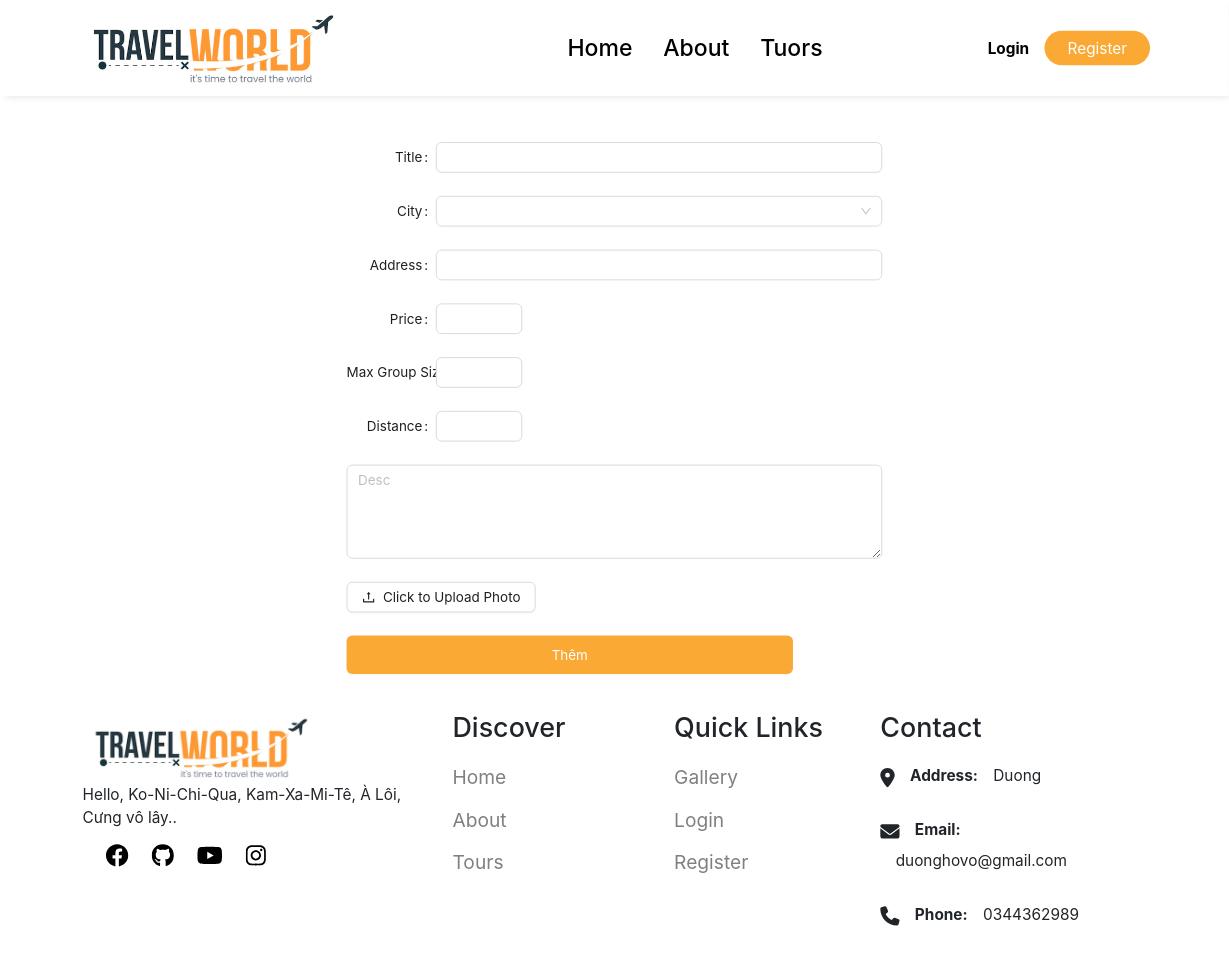
Repository: NguyenHuu001/dulich
Page: /addTour
These files come from the project's save history. The page is drawn as it stood at one moment and after the next save; the edit follows.
The browser window is 1280 px wide. The pictures show the whole page, at 96% of full size.
The project was rebuilt for these pictures with package versions that can differ from the ones it lists, and the page was loaded fresh each time. Also part of the build but not shown: src/pages/Home/data.js, src/pages/Home/index.js, src/pages/About/index.js, src/pages/Tours/ChiTietTour.js, src/pages/Tours/index.js, src/pages/Login/index.js, src/pages/Register/index.js, src/pages/Cart/index.js and 1 more. Imported but missing from the stored project, and not drawn on this page: src/assets/audio/video1.mp4.

Above is the page before, as saved 2023-08-14 20:03:00.

### public/index.html
<!DOCTYPE html>
<html lang="en">
    <head>
        <meta charset="utf-8" />
        <link rel="icon" href="%PUBLIC_URL%/favicon.ico" />
        <link href="https://cdn.jsdelivr.net/npm/bootstrap@5.3.0/dist/css/bootstrap.min.css" rel="stylesheet" />
        <script src="https://cdn.jsdelivr.net/npm/bootstrap@5.3.0/dist/js/bootstrap.bundle.min.js"></script>
        <meta name="viewport" content="width=device-width, initial-scale=1" />
        <meta name="theme-color" content="#000000" />
        <meta name="description" content="Web site created using create-react-app" />
        <link rel="apple-touch-icon" href="%PUBLIC_URL%/logo192.png" />
        <!--
      manifest.json provides metadata used when your web app is installed on a
      user's mobile device or desktop. See https://developers.google.com/web/fundamentals/web-app-manifest/
    -->
        <link rel="manifest" href="%PUBLIC_URL%/manifest.json" />
        <!--
      Notice the use of %PUBLIC_URL% in the tags above.
      It will be replaced with the URL of the `public` folder during the build.
      Only files inside the `public` folder can be referenced from the HTML.

      Unlike "/favicon.ico" or "favicon.ico", "%PUBLIC_URL%/favicon.ico" will
      work correctly both with client-side routing and a non-root public URL.
      Learn how to configure a non-root public URL by running `npm run build`.
    -->
        <title>React App</title>
    </head>
    <body>
        <noscript>You need to enable JavaScript to run this app.</noscript>
        <div id="root"></div>
        <!--
      This HTML file is a template.
      If you open it directly in the browser, you will see an empty page.

      You can add webfonts, meta tags, or analytics to this file.
      The build step will place the bundled scripts into the <body> tag.

      To begin the development, run `npm start` or `yarn start`.
      To create a production bundle, use `npm run build` or `yarn build`.
    --></body>
</html>

### src/index.js
import React from 'react';
import ReactDOM from 'react-dom/client';
import '../src/styles/global.scss';
import App from './App';
import reportWebVitals from './reportWebVitals';

const root = ReactDOM.createRoot(document.getElementById('root'));
root.render(
  <React.StrictMode>
    <App />
  </React.StrictMode>
);

// If you want to start measuring performance in your app, pass a function
// to log results (for example: reportWebVitals(console.log))
// or send to an analytics endpoint. Learn more: https://bit.ly/CRA-vitals
reportWebVitals();

### src/styles/global.scss
body {
    margin: 0;
    font-family: -apple-system, BlinkMacSystemFont, 'Segoe UI', 'Roboto', 'Oxygen', 'Ubuntu', 'Cantarell', 'Fira Sans',
        'Droid Sans', 'Helvetica Neue', sans-serif;
    -webkit-font-smoothing: antialiased;
    -moz-osx-font-smoothing: grayscale;
}

code {
    font-family: source-code-pro, Menlo, Monaco, Consolas, 'Courier New', monospace;
}
*,
*:before,
*:after {
    box-sizing: border-box;
}
* {
    margin: 0;
    padding: 0;
    font: inherit;
}
img,
picture,
svg,
video {
    display: block;
    max-width: 100%;
}
input,
select,
textarea {
    background-color: transparent;
    outline: none;
}
button {
    cursor: pointer;
    background-color: transparent;
    outline: none;
    border: 0;
}
body {
    min-height: 100vh;
    font-weight: 400;
    font-size: 16px;
    line-height: 1;
}

.App{
    position: relative;
}

### src/App.js
import { BrowserRouter as Router, Route, Routes } from 'react-router-dom';
import { publicRoutes } from './routes';
import Layout from './Layouts';
function App() {
    return (
        <Router>
            <div className="App">
                <Routes>
                    {publicRoutes.map((route, index) => {
                        const Page = route.component;
                        return (
                            <Route
                                key={index}
                                path={route.path}
                                element={
                                    <Layout>
                                        <Page />
                                    </Layout>
                                }
                            />
                        );
                    })}
                </Routes>
            </div>
        </Router>
    );
}

export default App;

### src/routes/index.js
import Home from '../pages/Home';
import About from '../pages/About';
import Tours from '../pages/Tours';
import Login from '../pages/Login';
import Register from '../pages/Register';
import Cart from '../pages/Cart';
import ADETour from '../pages/AddTour';
import EditTour from '../pages/EditTour';
const publicRoutes = [
    { path: '/home', component: Home },
    { path: '/about', component: About },
    { path: '/tours', component: Tours },
    { path: '/login', component: Login },
    { path: '/register', component: Register },
    { path: '/cart', component: Cart },
    { path: '/addTour', component: ADETour },
    { path: '/editTour', component: EditTour },
];
const privateRoutes = [];

export { publicRoutes, privateRoutes };

### src/Layouts/index.js
import Footer from './Footer';
import Header from './Header';
import Navigation from './Navigation';
function Layouts({ children }) {
    return (
        <>
            <Navigation />
            <Header />
            <div>
                <div className="content">{children}</div>
            </div>
            <Footer />
        </>
    );
}

export default Layouts;

### src/pages/AddTour/index.js
import React, { useEffect, useState } from 'react';
import { Button, Form, Input, InputNumber, Select, Upload, notification } from 'antd';
import { UploadOutlined } from '@ant-design/icons';
import { CreateItemTour } from '../../services/Tour_services';
import { animateScroll as Scroll } from 'react-scroll';
import './AddTour.scss';
import TextArea from 'antd/es/input/TextArea';

function AddTour() {
    const token = localStorage.getItem('token');
    const [title, setTitle] = useState('');
    const [city, setCity] = useState('');
    const [address, setAddress] = useState('');
    const [price, setPrice] = useState();
    const [maxGroupSize, setMaxGroupSize] = useState();
    const [distance, setDistance] = useState();
    const [desc, setDesc] = useState('');
    const [photo, setPhoto] = useState('');
    useEffect(() => {
        Scroll.scrollToTop();
    }, []);
    useEffect(() => {}, [title]);
    const AddTour = async () => {
        // console.log(title, city, address, distance, price, maxGroupSize, desc, photo);
        if (title && city && address && price && maxGroupSize && distance && desc && photo) {
            const tourData = {
                title: title,
                city: city,
                address: address,
                distance: distance,
                desc: desc,
                price: price,
                maxGroupSize: maxGroupSize,
                photo: 'http://s120.avatar.talk.zdn.vn/8/e/1/2/3/120/f691b5f9502d0cebbab0a6799a5837b1.jpg',
                featured: true,
            };
            try {
                const response = await CreateItemTour(tourData, { token });
            } catch (err) {
                notification.open({
                    type: 'error',
                    message: 'Thông Báo Lỗi',
                    description: 'Không truyền được',
                    duration: 2,
                });
            }
        } else {
            notification.open({
                type: 'error',
                message: 'Thông Báo Lỗi',
                description: 'Vui lòng nhập đủ thông tin',
                duration: 2,
            });
        }
    };
    return (
        <div className="container d-flex justify-content-center mt-5">
            <Form
                labelCol={{
                    span: 4,
                }}
                wrapperCol={{
                    span: 20,
                }}
                className="col-md-6"
                style={{
                    maxWidth: 600,
                }}
            >
                <Form.Item label="Title">
                    <Input onChange={(e) => setTitle(e.target.value)} />
                </Form.Item>
                <Form.Item label="City">
                    <Select
                        onChange={(e) => {
                            setCity(e);
                        }}
                    >
                        <Select.Option value="Viet Nam">Viet Nam</Select.Option>
                        <Select.Option value="Bali">Bali</Select.Option>
                        <Select.Option value="Tokyo">Tokyo</Select.Option>
                        <Select.Option value="LonDon">LonDon</Select.Option>
                        <Select.Option value="Paris">Paris</Select.Option>
                    </Select>
                </Form.Item>
                <Form.Item label="Address">
                    <Input onChange={(e) => setAddress(e.target.value)} />
                </Form.Item>
                <Form.Item label="Price">
                    <InputNumber
                        onChange={(value) => {
                            setPrice(value);
                        }}
                    />
                </Form.Item>
                <Form.Item label="Max Group Size">
                    <InputNumber
                        onChange={(value) => {
                            setMaxGroupSize(value);
                        }}
                    />
                </Form.Item>
                <Form.Item label="Distance">
                    <InputNumber
                        onChange={(value) => {
                            setDistance(value);
                        }}
                    />
                </Form.Item>
                <TextArea
                    rows={4}
                    placeholder="Desc"
                    maxLength={1000000}
                    onChange={(e) => {
                        setDesc(e.target.value);
                    }}
                />
                <div className="mt-4">
                    <Upload
                        onChange={(e) => {
                            setPhoto(e.file);
                        }}
                        multiple
                    >
                        <Button icon={<UploadOutlined />}>Click to Upload Photo</Button>
                    </Upload>
                </div>
                <div className="mt-4">
                    <Form.Item>
                        <Button
                            className="btn_them d-flex justify-content-center align-items-center"
                            style={{ width: '100%' }}
                            onClick={AddTour}
                        >
                            Thêm
                        </Button>
                    </Form.Item>
                </div>
            </Form>
        </div>
    );
}

export default AddTour;

### src/Layouts/Navigation/index.js
import React, { useState, useEffect } from 'react';
import eventBus from '../EventsLayout';
import './Navigation.scss';
import { CloseOutlined } from '@ant-design/icons';
function Navigation() {
    const [isDisplayed, setIsDisplayed] = useState(false);
    useEffect(() => {
        eventBus.on('showSecondComponent', (isVisible) => {
            setIsDisplayed(isVisible);
        });

        return () => {
            eventBus.off('showSecondComponent');
        };
    }, []);
    const handleClose = () => {
        setIsDisplayed(false);
    };
    return (
        <div className="navi" style={{ display: isDisplayed ? 'block' : 'none' }}>
            <div className="navigation">
                <CloseOutlined className="close" onClick={handleClose} />
                <div className="content_nav">
                    <h2>Home</h2>
                    <h2>About</h2>
                    <h2>Tours</h2>
                </div>
            </div>
        </div>
    );
}

export default Navigation;

### src/services/Tour_services.js
import { set } from 'mongoose';
import { instance } from './axios';
import axios from 'axios';
const fetchTours = (page) => {
    return instance.get(`/api/v1/tours?page=${page}`);
};
const fetchItemTour = (ID) => {
    if (ID) {
        return instance.get(`/api/v1/tours/${ID}`);
    } else {
        console.log('Khong co id');
    }
};
const CreateItemTour = (tourData, { token }) => {
    return instance.post('/api/v1/tours', JSON.stringify(tourData), JSON.stringify({ token }));
};
const fetchFeaturedTour = () => {
    return instance.get('/api/v1/tours/search/getFeaturedTour');
};
const fetchLogin = (email, password) => {
    return instance.post('/api/v1/auth/login', { email, password });
};

const fetchRegister = (username, email, password) => {
    return instance.post('/api/v1/auth/register', username, email, password);
};
const fetchSearchTour = (city, distance, maxGS) => {
    if (city || distance || maxGS) {
        if (!distance && !maxGS) {
            distance = 1;
            maxGS = 1;
        }
        return instance.get(
            `/api/v1/tours/search/getTourBySearch/?city=${city}&distance=${distance}&maxGroupSize=${maxGS}`,
        );
    }
};
export { fetchTours, fetchItemTour, fetchLogin, fetchSearchTour, fetchRegister, fetchFeaturedTour, CreateItemTour };

### src/pages/Home/Home.scss
:root {
    --color-chudao: #faa935;
    --color-text: #fff;
    --subtitle-font-name: 'Island Moments', cursive;
}

.title_top_content {
    background-color: var(--color-chudao);
    border-radius: 20px;
    padding: 10px 20px;
    font-family: var(--subtitle-font-name);
}
.img_earth {
    width: 36px;
    height: 36px;
}
.title_higtlight {
    color: var(--color-chudao);
}
.btn_register_1 {
    background-color: var(--color-chudao);
    color: var(--color-text);
    border-radius: 30px;
    padding: 10px 20px;
}
.img1 {
    height: 350px;
    img {
        box-sizing: border-box;
        height: 100%;
        object-fit: cover;
        border-radius: 20px;
        border: 1px solid var(--color-chudao);
    }
}
.video1 {
    height: 350px;
    margin-top: 30px;
    video {
        box-sizing: border-box;
        height: 100%;
        object-fit: cover;
        border-radius: 20px;
        border: 1px solid var(--color-chudao);
    }
}

.icon {
    width: 30px;
    height: 30px;
    color: #ee6e6e;
}
.chieudai {
    width: 220px;
}
.border_right {
    border-right: 1px solid grey;
}
.input_where {
    outline: none;
    border: none;
}
.icon_search {
    background-color: var(--color-chudao);
    color: var(--color-text);
    width: 30px;
    height: 30px;
    border-radius: 10px 5px;
    &:hover {
        cursor: pointer;
    }
}
.border_items {
    border-radius: 0 0 10px 0;
    border-bottom: 1px solid var(--color-chudao);
    border-right: 1px solid var(--color-chudao);
}
.icon_center {
    width: 40px;
    height: 40px;
    color: var(--color-text);
}
.wrap_icon {
    width: 60px;
    border-radius: 50%;
    background-color: var(--color-chudao);
    height: auto;
    border: 1px solid var(--color-chudao);
}

.experience {
    display: flex;
    justify-content: center;
    align-items: center;
    color: var(--color-text);
    width: 70px;
    height: 70px;
    border-radius: 15px 10px;
    background-color: rgb(255, 126, 1);
}
// --------------------------------
.gallery_img > img:hover {
    transform: scale(1.1);
    transition: transform 0.5s ease;
}
.gallery_img {
    padding: 10px;
}
.gallery_img > img {
    border-radius: 10px;
}

### src/pages/Tours/Tours.scss
:root {
    --color-chudao: #faa935;
    --color-text: #fff;
    --subtitle-font-name: 'Island Moments', cursive;
}
.wrap_background {
    height: 400px;
}
.background {
    position: relative;
    background-image: url('../../assets/images/background.png');
    width: 100%;
    height: 100%;
    object-fit: cover;
    background-size: cover;
    background-position: center;
    background-repeat: no-repeat;

    &::before {
        content: '';
        position: absolute;
        width: 100%;
        height: 100%;
        left: 0;
        top: 0;
        background-color: rgba(0, 0, 0, 0.45);
    }

    .content_background {
        position: absolute;
        color: #fff;
        z-index: 10;
        font-size: 50px;
    }
}
.Search_where {
    position: relative;
}
.icon_card {
    color: var(--color-chudao);
}
.btn_book {
    padding: 10px;
    border-radius: 10px 0px;
    border: 1px solid var(--color-chudao);
    background-color: var(--color-chudao);

    &:hover {
        transition: all 0.3s linear;
        color: #fff;
        transform: scale(1.1);
        border: 1px solid var(--color-chudao);
        background-color: var(--color-chudao);
    }
}

.wrap_img {
    position: relative;
}
.featured {
    position: absolute;
    right: 0;
    color: var(--color-text);
    background-color: #ff7e01;
    padding: 10px;
    bottom: 0px;
}
///--------------//////////
// .chiTietTour_none{
//     display: block;
// }
// .None_Item {
//     display: block;
// }
///-///////////////
.olwe {
    overflow: hidden;
    text-overflow: ellipsis;
    white-space: nowrap;
}
// ----------------
.book_fixed {
    position: sticky;
    top: 100px;
}
.wrap_chitiettour > img {
    border-radius: 10px;
}

.wrap_info {
    border: 1px solid var(--color-chudao);
    border-radius: 10px;
}
.icon_rating_hv:hover {
    cursor: pointer;
}
.input_review {
    border: 1px solid var(--color-chudao);
    border-radius: 30px;
}
.wrap_input_review {
    position: relative;
    .btn_submit {
        position: absolute;
        background-color: var(--color-chudao);
        color: #fff;
        border-radius: 30px;
        right: 5px;
    }
}
.wrap_rating_content {
    width: 100%;
}
.ntn_bookNow {
    color: var(--color-text);
    background-color: var(--color-chudao);
    padding: 10px;
    border-radius: 30px;
    &:hover {
        transform: scale(1.1);
        transition: all 0.4s linear;
    }
}
.add_tour {
    color: green;
    &:hover {
        opacity: 0.7;
        cursor: pointer;
    }
}
.delete_tour {
    color: red;
    &:hover {
        opacity: 0.7;
        cursor: pointer;
    }
}
.Edit_tour {
    color: var(--color-chudao);
    &:hover {
        opacity: 0.7;
        cursor: pointer;
    }
}

### src/pages/Login/Login.scss
:root {
    --color-chudao: #faa935;
    --color-text: #fff;
    --subtitle-font-name: 'Island Moments', cursive;
}
.bg-login {
    background-color: var(--color-chudao);
    position: relative;
}
.avatar_login {
    position: relative;
    top: -40px;
}
.title_login {
    position: relative;
    top: -30px;
    font-weight: 600;
    color: var(--color-text);
    margin-bottom: 0;
}
.cdk {
    color: var(--color-text);
}
.ant-message-error {
    position: relative;
    z-index: 9999;
    left: 0;
    /* Thêm các thuộc tính CSS khác mà bạn muốn thay đổi cho thông báo lỗi ở đây */
}

### src/pages/Cart/Carts.scss
:root {
    --color-chudao: #faa935;
    --color-text: #fff;
}
.btn-delete{
    padding: 10px 40px;
    border-radius: 30px;
    background-color: red ;
    color: var(--color-text);

    &:hover{
        transform: scale(1.1);
        transition: transform 0.3s linear;
    }
}

### src/pages/AddTour/AddTour.scss
:root {
    --color-chudao: #faa935;
    --color-text: #fff;
    --subtitle-font-name: 'Island Moments', cursive;
}
.from-bg {
    background-color: #fff;
}
.btn_them > span {
    color: var(--color-text);
}
.btn_them {
    border: var(--color-chudao);
    background-color: var(--color-chudao);
    padding: 20px;
}

### src/pages/EditTour/EditTour.scss
:root {
    --color-chudao: #faa935;
    --color-text: #fff;
    --subtitle-font-name: 'Island Moments', cursive;
}
.from-bg {
    background-color: #fff;
}
.btn_them > span {
    color: var(--color-text);
}
.btn_them {
    border: var(--color-chudao);
    background-color: var(--color-chudao);
    padding: 20px;
}

### src/Layouts/EventsLayout/index.js
import EventEmitter from 'eventemitter3';

const eventBus = new EventEmitter();

export default eventBus;

### src/Layouts/Header/Header.scss
:root {
    --color-chudao: #faa935;
    --color-text: #fff;
}
.link_page {
    text-decoration: none;
    color: black;
}
.link_page:active,
.link_page:focus,
.link_page:hover {
    color: var(--color-chudao);
}
.header {
    position: sticky;
    z-index: 999;
    top: 0;
    height: 100px;
    box-shadow: 3px 3px 8px -3px #ddd;
    background-color: var(--color-text);
}
.header_in {
    height: 100%;
}
.wrap_header {
    height: 100%;
}
.logo {
    height: 100%;
}
.set_fw {
    font-weight: 500;
}
.btn_register {
    background-color: var(--color-chudao);
    border-color: var(--color-chudao);
    border-radius: 20px;
    margin-bottom: 10px;
    margin-top: 10px;
}
.icon_menu {
    display: none;
}
.cart_tour {
    color: var(--color-chudao);
}
.wrap_cart {
    position: relative;
    .total_tour {
        position: absolute;
        top: -10px;
    }

    &:hover {
        cursor: pointer;
    }
}
@media screen and (max-width: 980px) {
    .icon_menu {
        display: block;
    }
    .item_none {
        display: none;
    }
}
@media screen and (max-width: 300px) {
    .register_login {
        display: none;
    }
}
@media screen and (max-width: 440px) {
    .btn_register {
        margin-top: 10px;
    }
}
.username > h6 {
    overflow: hidden;
    text-overflow: ellipsis;
    white-space: nowrap;
}

### src/Layouts/Navigation/Navigation.scss
:root {
    --color-chudao: #faa935;
    --color-text: #fff;
}
.navi {
    display: none;
    position: absolute;
    top: 0;
    left: 0;
    width: 100%;
    height: 100%;
    z-index: 99999;
    background-color: rgba(153,153,153,0.5);
}
.navigation{
    position: fixed;
    background-color: #fff;
    width: 300px;
    height: 100%;
    right: 0;
}
.content_nav{
    position: absolute;
    top: 50%;
    left: 50%;
}
.close{
    position: absolute;
    right: 20px;
    top: 20px;
}
.content_nav > h2:hover{
    cursor: pointer;
    color: var(--color-chudao);
    transition: all 0.3s linear;
}

### src/services/axios.js
import axios from 'axios';

export const instance = axios.create({
    baseURL: 'http://localhost:4000',
});
// Add a response interceptor
instance.interceptors.response.use(
    function (response) {
        // Any status code that lie within the range of 2xx cause this function to trigger
        // Do something with response data
        return response.data;
    },
    function (error) {
        // Any status codes that falls outside the range of 2xx cause this function to trigger
        // Do something with response error
        return Promise.reject(error);
    },
);

Loaded but not shown: src/reportWebVitals.js (common file); src/Layouts/Footer/index.js (74 lines, source omitted); src/Layouts/Header/index.js (134 lines, source omitted); src/Layouts/Footer/Footer.scss (no stored copy; drawn as an empty file)

After the next save:
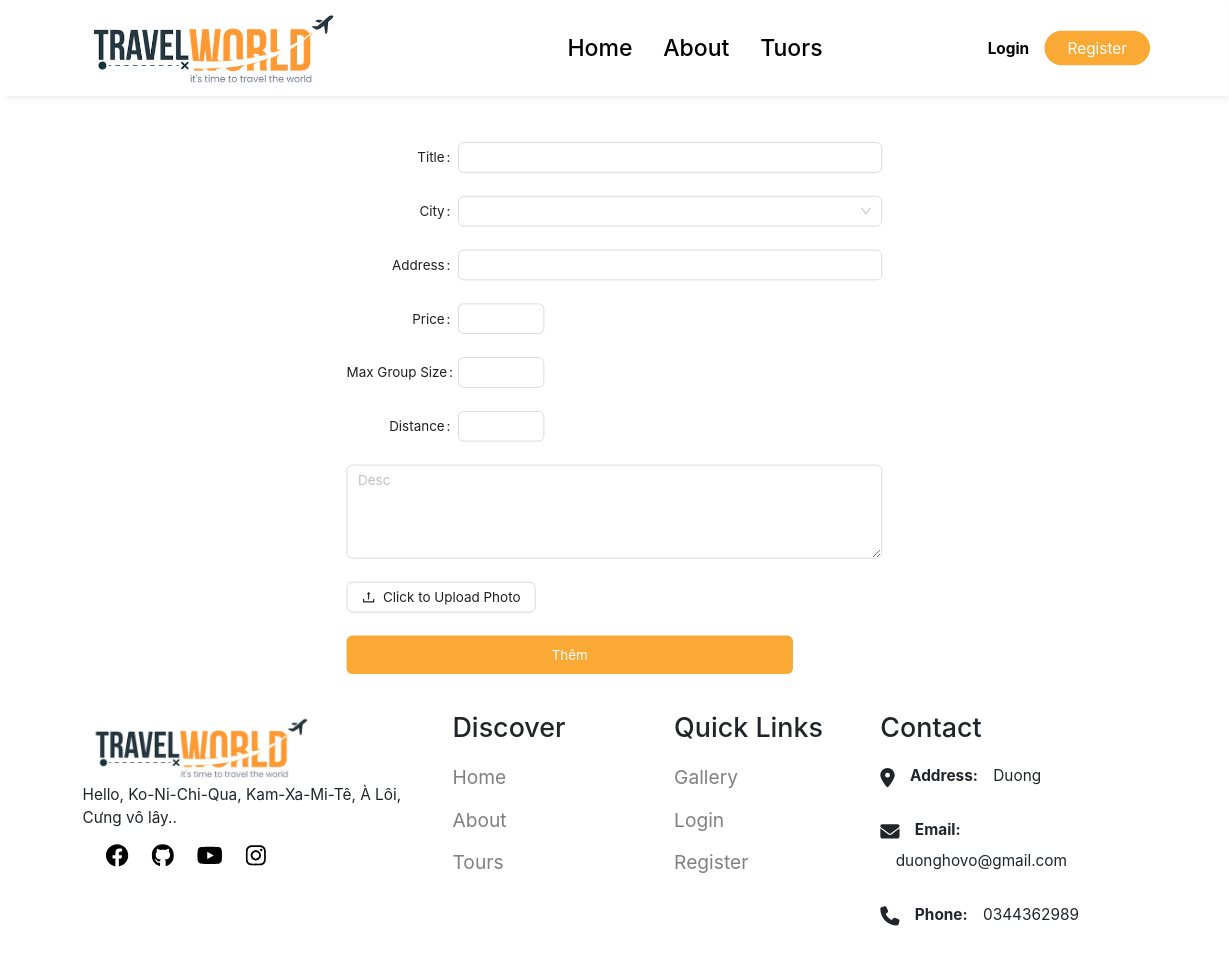
Saved 13 min 5 s later.
--- a/src/pages/AddTour/index.js
+++ b/src/pages/AddTour/index.js
@@ -57,7 +57,7 @@ function AddTour() {
         <div className="container d-flex justify-content-center mt-5">
             <Form
                 labelCol={{
-                    span: 4,
+                    span: 5,
                 }}
                 wrapperCol={{
                     span: 20,
